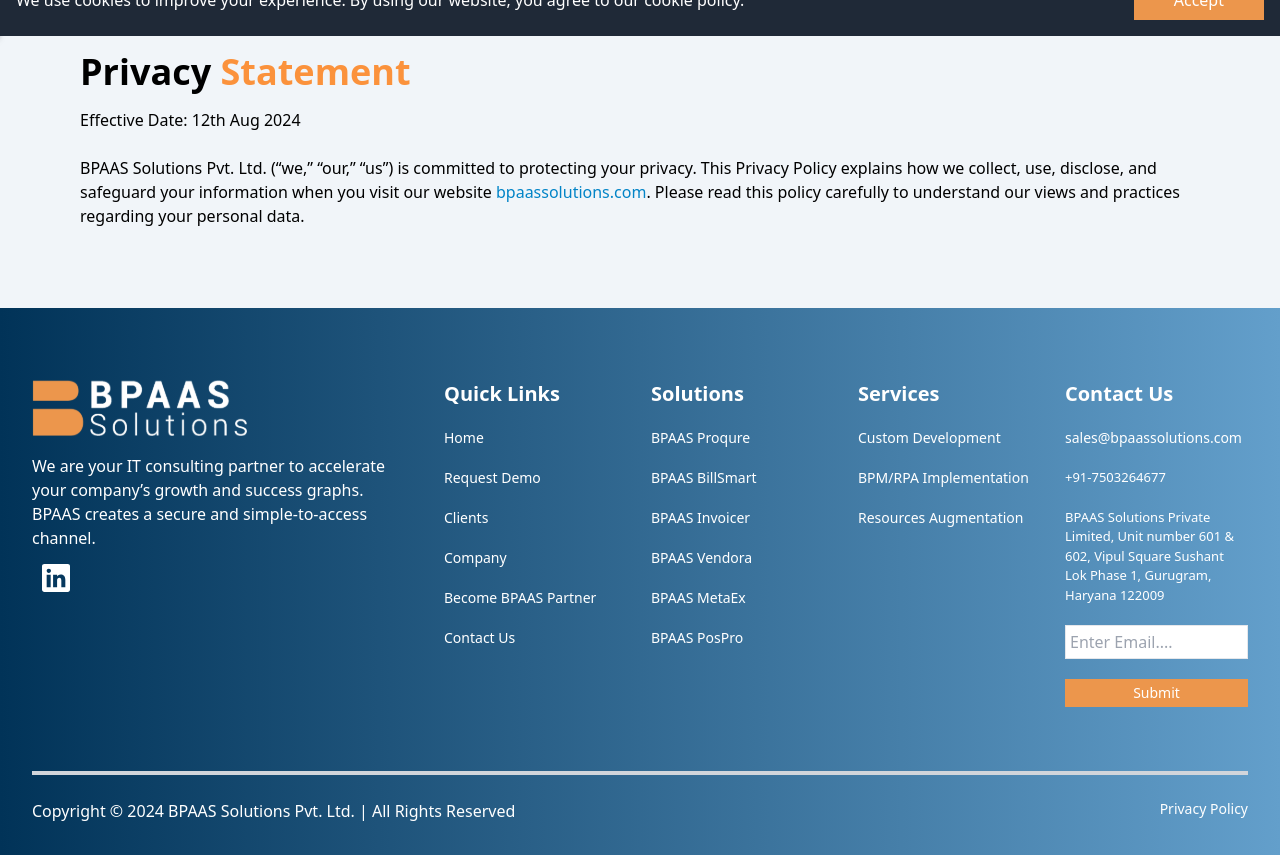
Repository: captainalpha/BP-Website
Page: /services/bp-services
The author's editor kept a copy of each file at every save. The page is drawn from the files as they stood at one save, then again after the next save.
The browser window is 1280 px wide. The pictures show the part of the page from y = 684 to 1636 px (the page is 1539 px tall before and 1675 px after).
The project was rebuilt for these pictures with package versions that can differ from the ones it lists, and the page was loaded fresh each time. The framework's server and built-in components were replaced by stand-ins that run in the browser. Also part of the build but not shown: next.config.js, components/common/TopBanner.js, components/common/SectionHeader.js.

Above is the page before, as saved 2024-08-13 15:16:17.

After the next save:
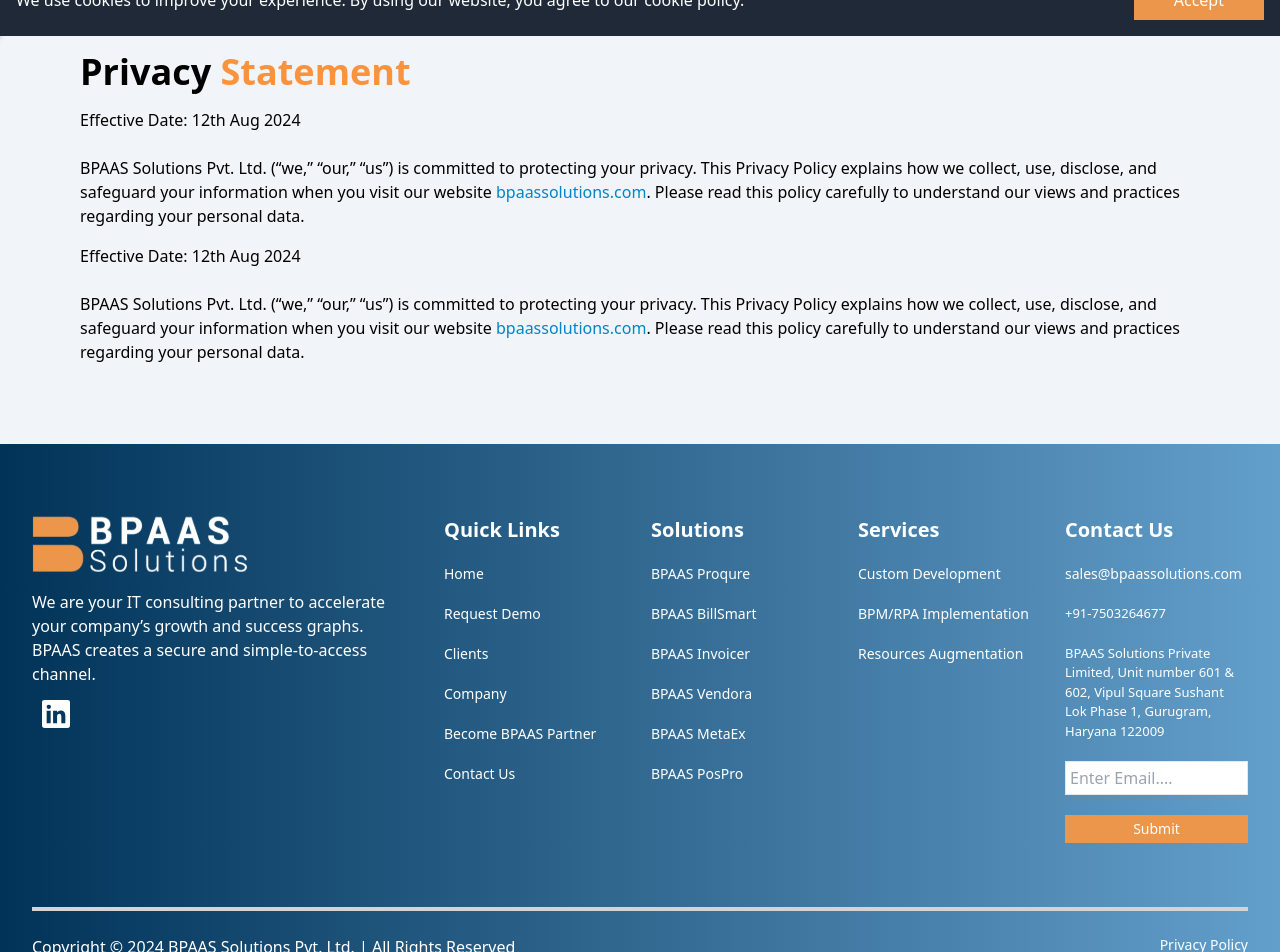
Saved 2 min 42 s later.
--- a/pages/services/bp-services.js
+++ b/pages/services/bp-services.js
@@ -50,6 +50,17 @@
               personal data.
             </p>
           </div>
+          <div className="mt-4">
+            {/* <h1 className="text-1xl font-bold text-zinc-800">Objective:</h1> */}
+            <p>
+              Effective Date: 12th Aug 2024 <br/><br/> BPAAS Solutions Pvt. Ltd. (“we,”
+              “our,” “us”) is committed to protecting your privacy. This Privacy
+              Policy explains how we collect, use, disclose, and safeguard your
+              information when you visit our website  {' '}
+              <Link passHref href="/"><a className="text-sky-600 hover:text-orange">bpaassolutions.com</a></Link>.
+              Please read this policy carefully to understand our views and practices regarding your personal data.
+            </p>
+          </div>
         </div>
       </div>
     </div>
